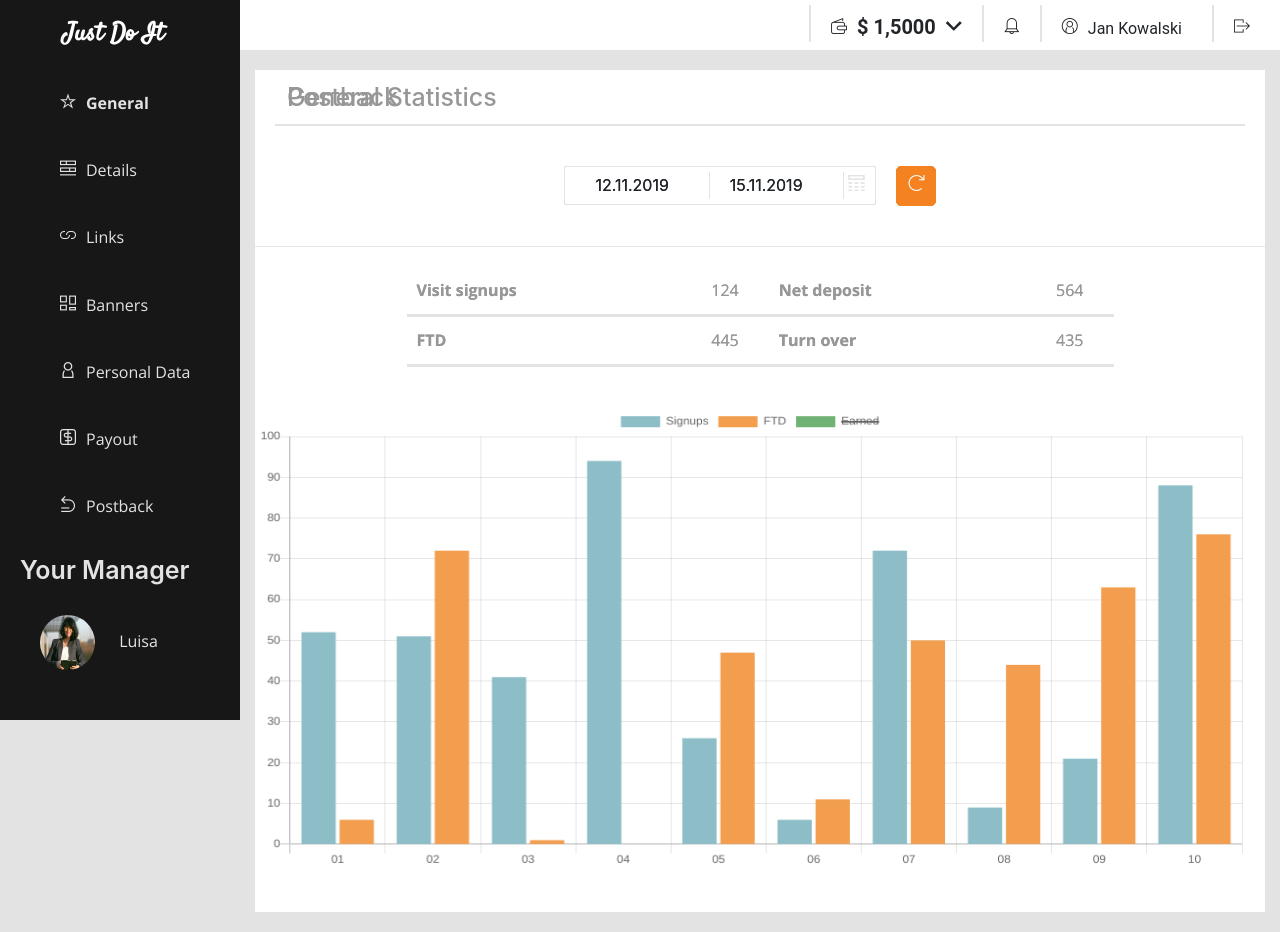
Repository: OllaWilk/wwwJustDoIt
Page: index.html
The author's editor kept a copy of each file at every save. The page is drawn from the files as they stood at one save, then again after the next save.
The browser window is 1280 px wide. The pictures show the whole page.
Some web libraries are served in a nearby version. The style sheet was rebuilt from its Sass, Less or Tailwind sources for each picture, by a compiler version that may differ from the author's.

Above is the page before, as saved 2020-01-02 11:36:23.

After the next save:
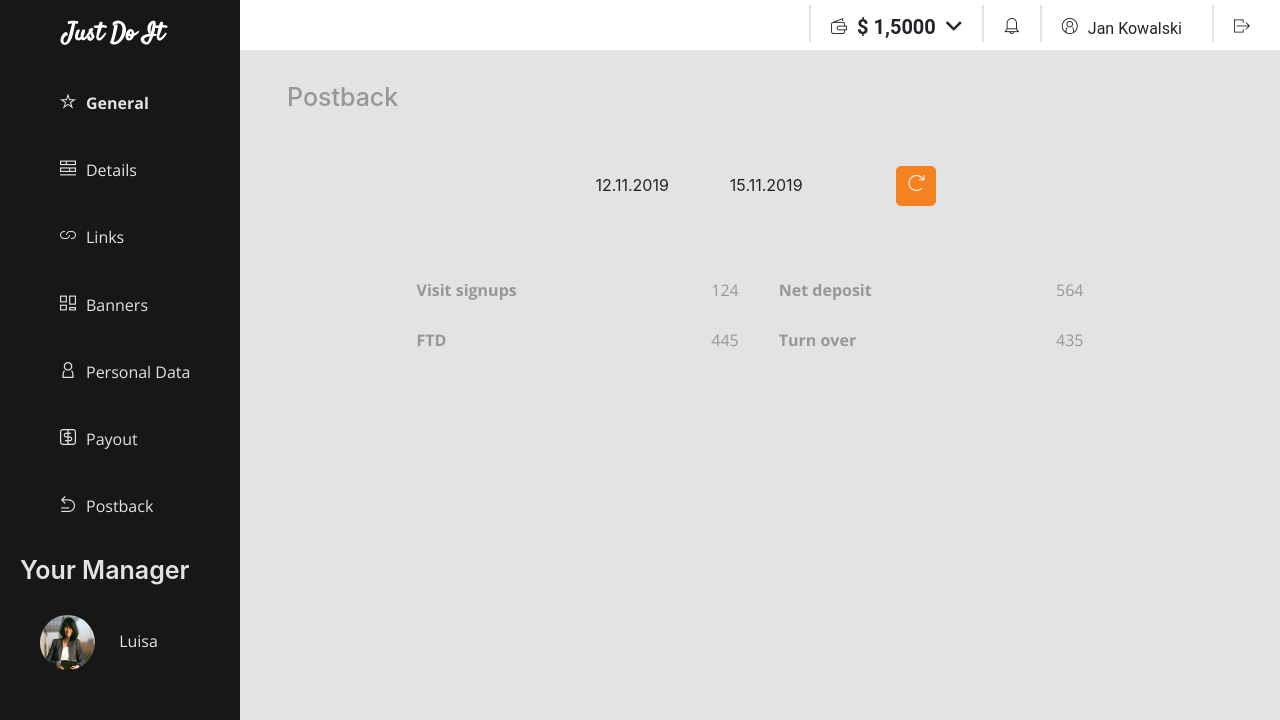
Saved 21 s later.
--- a/index.html
+++ b/index.html
@@ -64,7 +64,7 @@
         </header>
 
         <section id = "mainPage" class = "posts_pages container">
-            <div id = "page-1" class="post_page active">
+            <div id = "page-1" class="post_page ">
                 <h2  class="title">General Statistics</h2>
                 <div class="dates">
                     <div class="datesConteiner">
